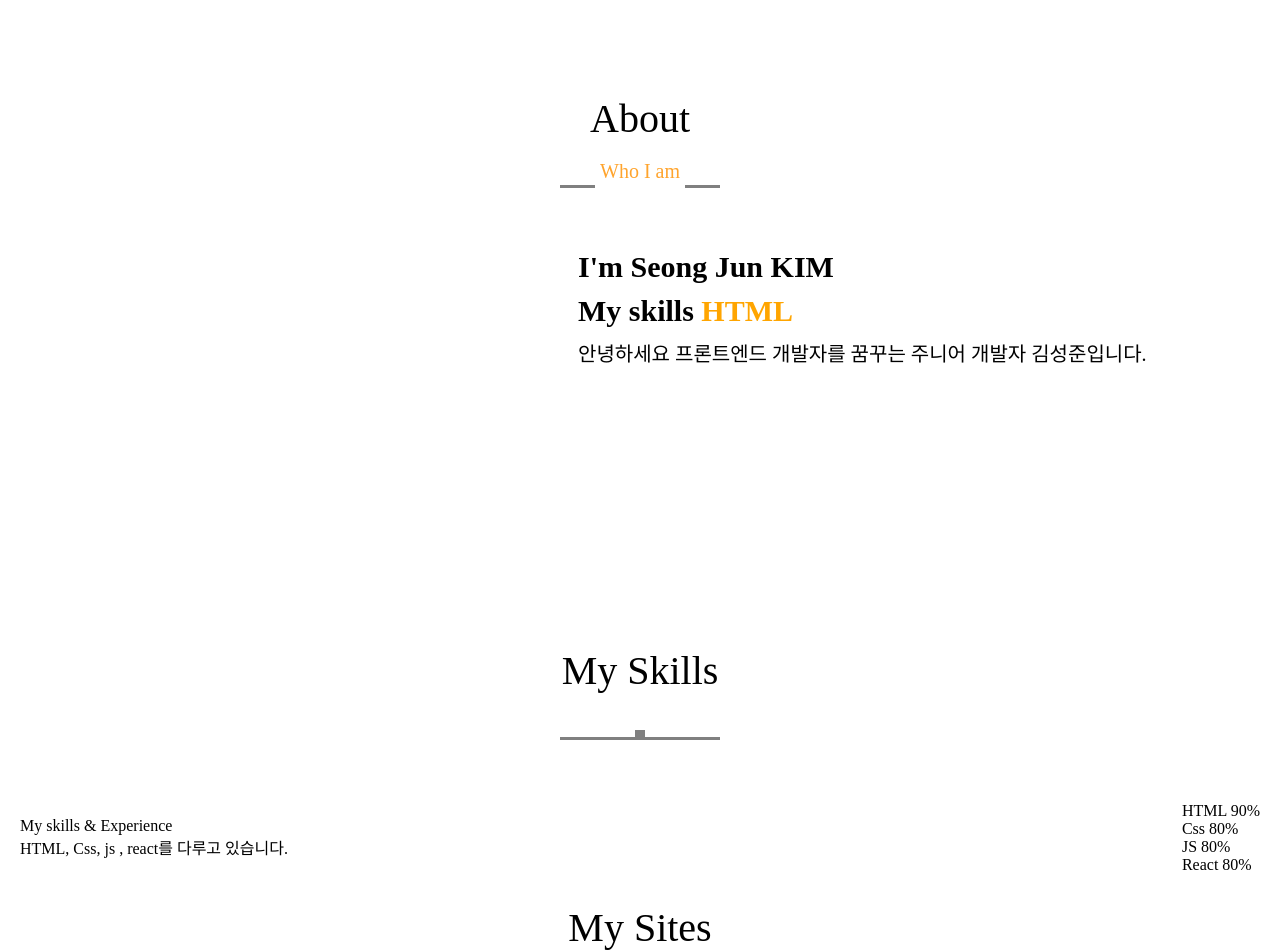
Repository: jun01270/jun
Page: index.html
The author's editor kept a copy of each file at every save. The page is drawn from the files as they stood at one save, then again after a run of saves.
The browser window is 1280 px wide. The pictures show the part of the page from y = 829 to 1781 px (the page is 2881 px tall before and 3118 px after).
A picture or video elsewhere on the page could not be fetched, so the positions and the page height are approximate. Some web libraries are served in a nearby version.

Above is the page before, as saved 2023-05-10 13:26:55.

After the next 2 saves:
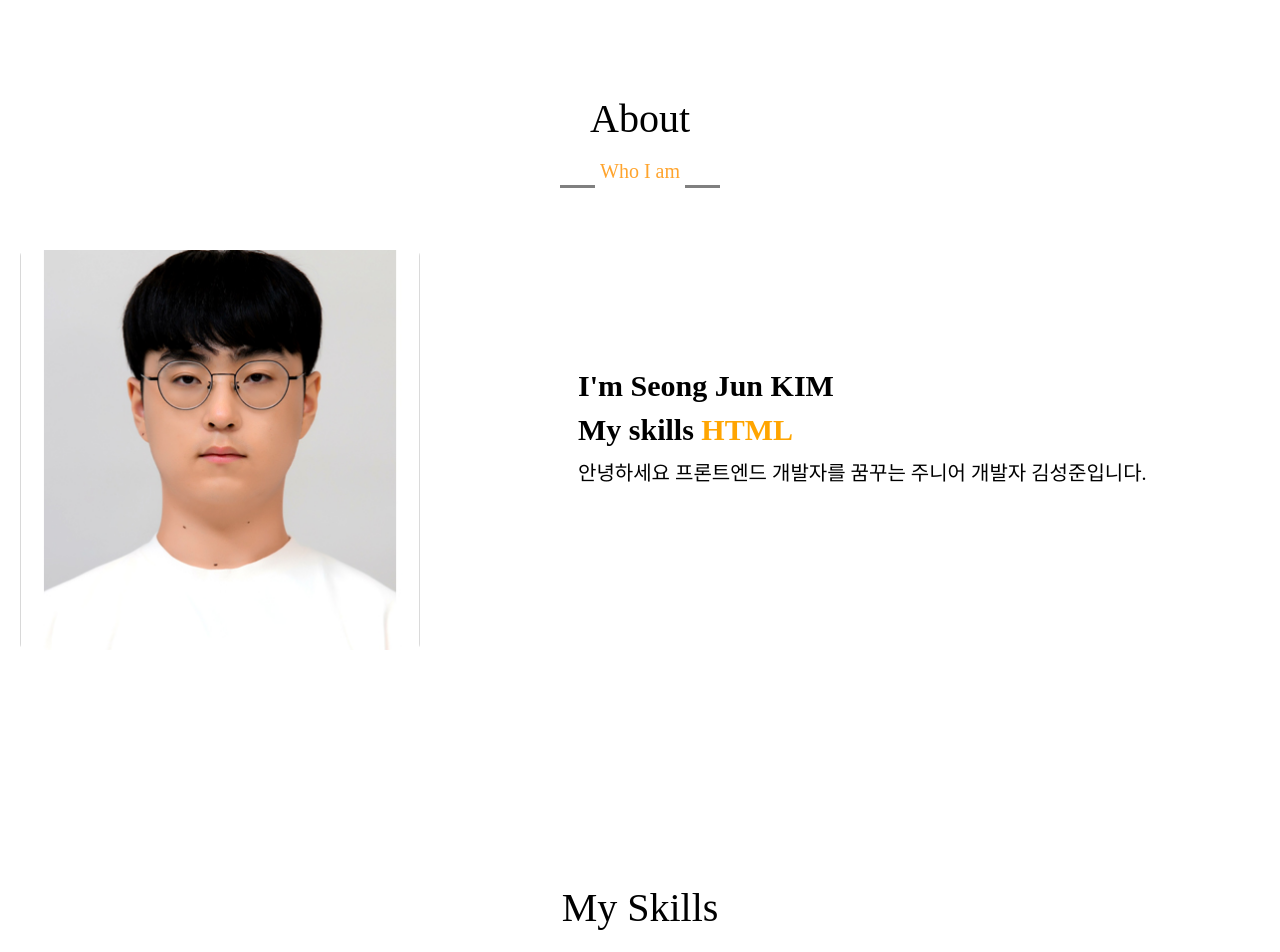
The 2 saves are shown as one change because they came seconds apart.
The last was saved 78 min 11 s later.
--- a/index.html
+++ b/index.html
@@ -48,7 +48,7 @@
       <div class="max-width">
         <h2 class="title">About</h2>
         <div class="about-content">
-          <div class="left-column"></div>
+          <div class="left-column"><img src="./img/profile.jpg" /></div>
           <div class="right-column">
             <div class="about-text">I'm Seong Jun KIM</div>
             <div class="about-skills">
